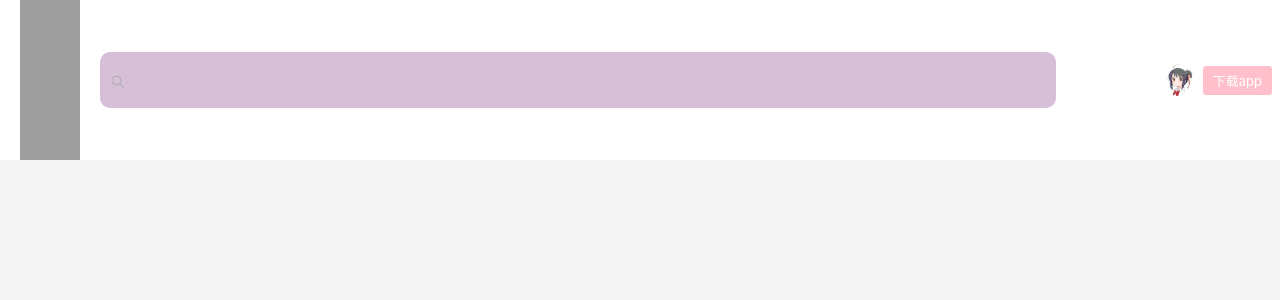
Repository: caiys666/bilibili
Page: /#/userinfo
An editor plug-in stored every save of this project. The page is shown before and after the next save, followed by the edit.
The browser window is 1280 px wide. The pictures show the whole page.
Pictures or frames that could not be fetched are drawn as grey boxes. The project was rebuilt for these pictures with package versions that can differ from the ones it lists, and the page was loaded fresh each time. Also part of the build but not shown: vue.config.js, src/components/HelloWorld.vue, src/views/Home.vue.

Above is the page before, as saved 2020-10-01 21:33:54.

After the next save:
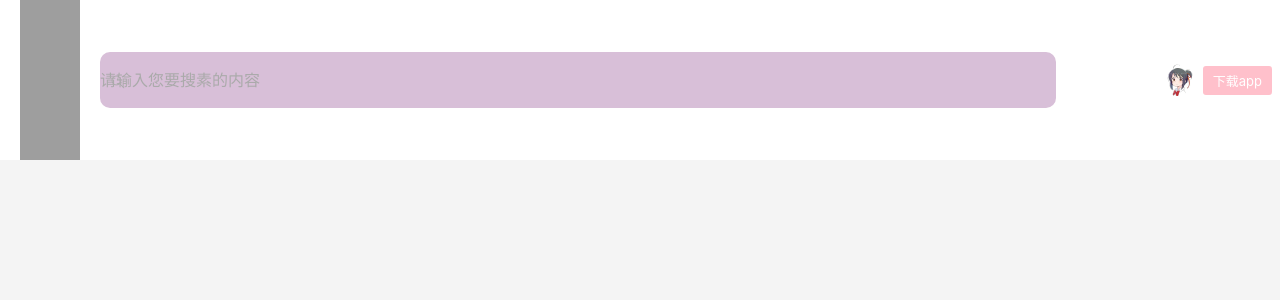
Saved 14 s later.
--- a/src/components/commn/Navbar.vue
+++ b/src/components/commn/Navbar.vue
@@ -5,7 +5,7 @@
         </div>
         <div>
             <p>
-
+                请输入您要搜素的内容
                 <van-icon class="ipt-icon" name="search" />
             </p>
         </div>
